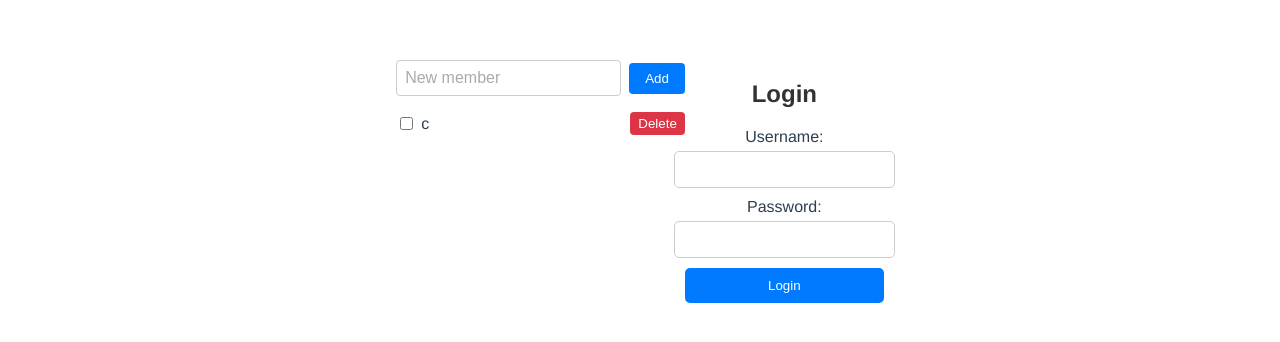
Repository: anhthu112/Todo-list
Page: /
An editor plug-in stored every save of this project. The page is shown before and after the next save, followed by the edit.
The browser window is 1280 px wide. The pictures show the whole page.
The project was rebuilt for these pictures with package versions that can differ from the ones it lists, and the page was loaded fresh each time. Requests to the local data server were answered from the project's data file. Also part of the build but not shown: vue.config.js.

Above is the page before, as saved 2024-02-01 15:54:14.

### src/App.vue
<template>
  <div class="container">
    <CompTodo/>
    <Login @login="showCompTodo = true" v-if="!showCompTodo" />
  </div>
</template>

<script>
import CompTodo from './components/CompTodo.vue';
import Login from './components/Login.vue'

export default {
  name: 'App',
  data (){
    return {
      showComTodo: false
    }
  },

  components: {
    CompTodo,
    Login,
},
}
</script>

<style>
#app {
  font-family: Avenir, Helvetica, Arial, sans-serif;
  -webkit-font-smoothing: antialiased;
  -moz-osx-font-smoothing: grayscale;
  text-align: center;
  color: #2c3e50;
  margin-top: 60px;
}
.container{
    display: flex;
    justify-content: center;
  }
</style>

### src/components/CompTodo.vue
<template>
    <div>
        <AddTodo @add-todo="addTodo" />
        <TodoItem
            v-for="todoItem in todo"
            :key="todoItem.id"
            :todoProps="todoItem"
            @item-complete="markComplete"
            @deleteItem="deleteItem(todoItem.id)"
        />
    </div>
</template>

<script>
import TodoItem from './TodoItem.vue';
import AddTodo from './AddTodo.vue';
import axios from 'axios';

export default {
    name: 'ToDo',
    data() {
        return {
            todo: []
        };
    },
    methods: {
        async getAlltodo() {
            try {
                const res = await axios.get('http://localhost:3000/posts');
                this.todo = res.data;
                console.log(res.data);
            } catch (err) {
                console.log(err);
            }
        },
        markComplete(todoItem) {
            console.log(todoItem);
            todoItem.completed = !todoItem.completed;
            console.log(todoItem.completed);
        },
        async deleteItem(itemId) {
            try {
                await axios.delete(`http://localhost:3000/posts/${itemId}`);
                console.log(`Item ${itemId} deleted.`);
                this.todo = this.todo.filter(item => item.id !== itemId);
            } catch (err) {
                console.log(err);
            }
        },
        async addTodo(newTodo) {
            try {
                const res = await axios.post('http://localhost:3000/posts', newTodo);
                console.log("New todo added:", res.data);
                this.todo.push(res.data);
            } catch (err) {
                console.log(err);
            }
        }
    },
    mounted() {
        this.getAlltodo();
    },
    components: {
        TodoItem,
        AddTodo,
    },
};
</script>

<style>
</style>

### src/components/Login.vue
<template>
    <div>
      <h2>Login</h2>
      <form @submit.prevent="login">
        <label for="username">Username:</label>
        <input type="text" id="username" v-model="username" required>
        <label for="password">Password:</label>
        <input type="password" id="password" v-model="password" required>
        <button type="submit" @click="showCompTodo = true">Login</button>
      </form>
    </div>
  </template>
  <script>
  export default {
    name: 'login-page',
    data() {
      return {
        username: '',
        password: ''
      };
    },
    methods: {
      login() {
        console.log('Username:', this.username);
        console.log('Password:', this.password);
      }
    },
  };
  </script>

  <style scoped>

    .container {
    width: 300px;
    margin: 50px auto;
    padding: 20px;
    border-radius: 10px;
    background-color: #f5f5f5;
    box-shadow: 0 0 10px rgba(0, 0, 0, 0.1);
    }

    h2 {
    text-align: center;
    color: #333;
    }

    form {
    display: flex;
    flex-direction: column;
    align-items: center;
    }

    label {
    margin-bottom: 5px;
    }

    input[type="text"],
    input[type="password"] {
    width: 100%;
    padding: 10px;
    margin-bottom: 10px;
    border: 1px solid #ccc;
    border-radius: 5px;
    }

    button[type="submit"] {
    width: 100%;
    padding: 10px;
    border: none;
    border-radius: 5px;
    background-color: #007bff;
    color: #fff;
    cursor: pointer;
    }

    button[type="submit"]:hover {
    background-color: #0056b3;
    }

  </style>

### src/components/TodoItem.vue
<template>
    <p :class="['todo-item', todoProps.completed ? 'is-complete' : '']">
      <input type="checkbox" :checked="todoProps.completed" v-on:change="markItemCompleted"/>
      {{ todoProps.title }}
      <button v-on:click="deleteItem" class="btn-delete">Delete</button>
    </p>

  </template>

  <script>
  export default {
      name: 'todo-item',
      data (){
        return {
        }
      },
      props: ['todoProps'],
      methods:{
        markItemCompleted(){
          this.$emit('item-complete',this.todoProps);
        },
        deleteItem(){
          this.$emit('deleteItem', this.todoProps);
        }
      }

  }
  </script>

  <style>
.todo-item {
  display: flex;
  align-items: center;
  margin-bottom: 8px;
  font-size: 16px;
}

.is-complete {
  text-decoration: line-through;
}

.is-complete {
  color: #888;
}


.todo-item input[type="checkbox"] {
  margin-right: 8px;
}

.btn-delete {
  margin-left: auto;
  background-color: #dc3545;
  color: #fff;
  border: none;
  padding: 4px 8px;
  border-radius: 4px;
  cursor: pointer;
  text-decoration: none;
}

.btn-delete:hover {
  background-color: #c82333;
}

  </style>

### src/components/AddTodo.vue
<template>
    <form @submit.prevent="addItem">
      <input type="text" placeholder="New member" v-model="title" @input="check" class="input">
      <input type="submit" value="Add" class="add-btn">
    </form>
  </template>

  <script>
  import { ref } from 'vue';
  import { v4 as uuidv4 } from 'uuid';

  export default {
    name: 'AddTodo',
    setup(props, context) {
      const title = ref('');

      const check = () => {
        console.log(title.value);
      };

      const addItem = event => {
        if (title.value != ''){
          event.preventDefault();
          const newItem = {
            id: uuidv4(),
            title: title.value,
            completed: false
          };
          context.emit('add-todo', newItem);
          title.value = '';
        }

      };

      return {
        title,
        check,
        addItem,
      };
    },
  };
  </script>

  <style>
form {
  display: flex;
  align-items: center;
}

.input {
  padding: 8px;
  border: 1px solid #ccc;
  border-radius: 4px;
  margin-right: 8px;
  font-size: 16px;
}

.add-btn {
  padding: 8px 16px;
  background-color: #007bff;
  color: #fff;
  border: none;
  border-radius: 4px;
  cursor: pointer;
}

.add-btn:hover {
  background-color: #0056b3;
}

.input::placeholder {
  color: #aaa;
}

.input:focus {
  outline: none;
  border-color: #007bff;
}

  </style>

### db.json
{
  "posts": [
    {
      "id": "487a21aa-0c37-458f-a4a2-1da914d3799c",
      "title": "c",
      "completed": false
    }
  ]
}

Loaded but not shown: public/index.html (common file); src/main.js (common file)

After the next save:
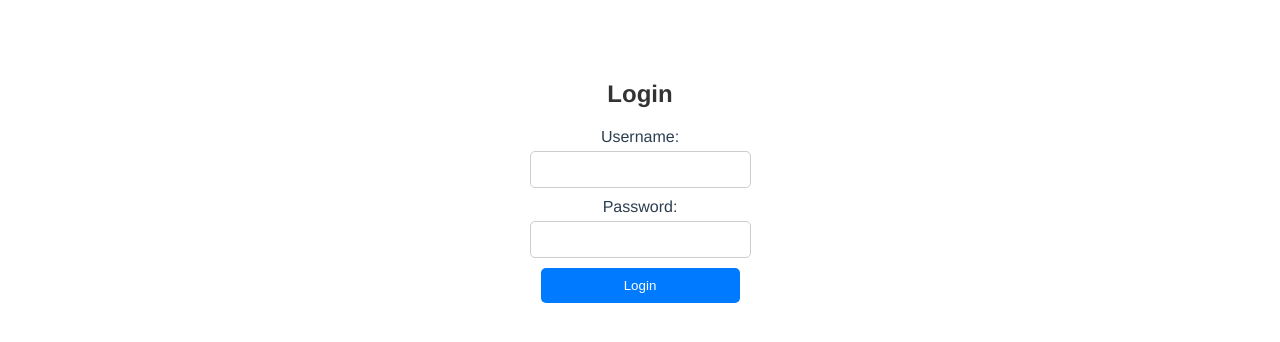
Saved 21 s later.
--- a/src/App.vue
+++ b/src/App.vue
@@ -1,24 +1,21 @@
 <template>
   <div class="container">
     <CompTodo/>
-    <Login @login="showCompTodo = true" v-if="!showCompTodo" />
+    <Login />
   </div>
 </template>
 
 <script>
-import CompTodo from './components/CompTodo.vue';
 import Login from './components/Login.vue'
 
 export default {
   name: 'App',
   data (){
     return {
-      showComTodo: false
     }
   },
 
   components: {
-    CompTodo,
     Login,
 },
 }
